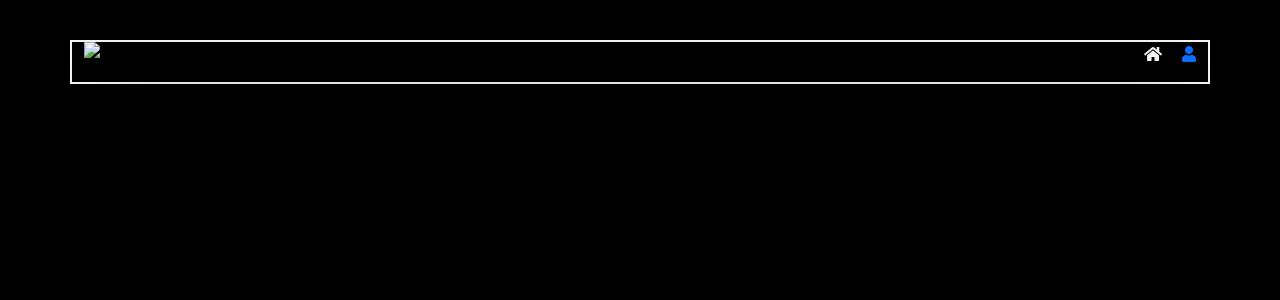
Repository: latenightsnacc/urban-pancake
Page: index.html
These files come from the project's save history. The page is drawn as it stood at one moment and after the next save; the edit follows.
The browser window is 1280 px wide. The pictures show the whole page.
Some web libraries are served in a nearby version.

Above is the page before, as saved 2021-04-30 10:38:21.

After the next save:
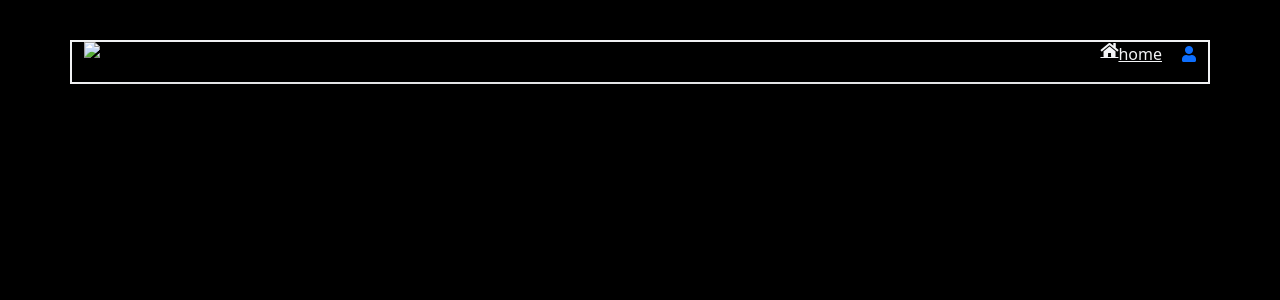
Saved 3 min 38 s later.
--- a/index.html
+++ b/index.html
@@ -28,8 +28,9 @@
 
                 <ul class="flex flex-row">
                     <li class="mr-5">
-                        <a href="index.html" class="text-gray-100">
+                        <a href="index.html" class="flex flex-row text-gray-100">
                             <i class="fas fa-home"></i>
+                            <span>home</span>
                         </a>
                     </li>
                     <li>
